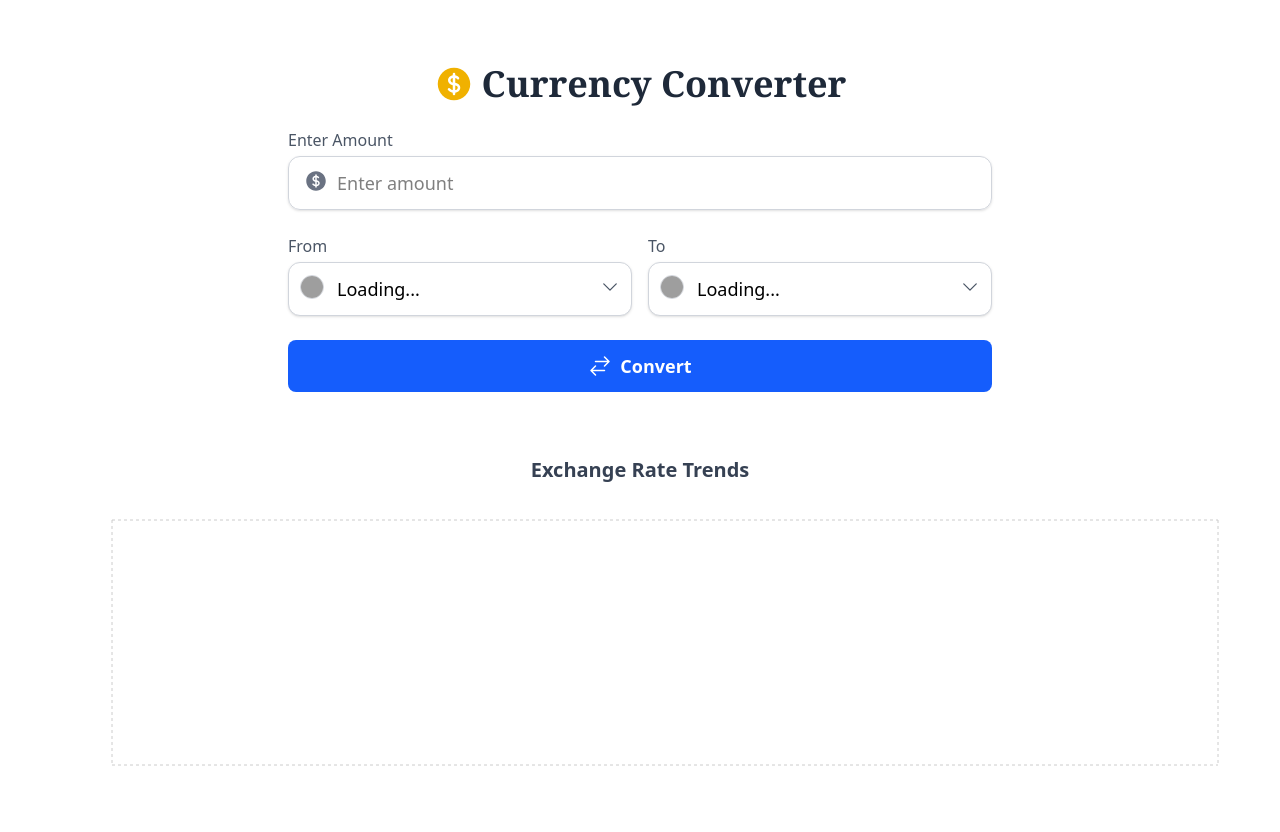
Repository: adrcstro/withcenter_developer_exam
Page: /
The author's editor kept a copy of each file at every save. The page is drawn from the files as they stood at one save, then again after the next save.
The browser window is 1280 px wide. The pictures show the whole page.
Pictures or frames that could not be fetched are drawn as grey boxes. The page's requests for data from a server got no answer. The project was rebuilt for these pictures with package versions that can differ from the ones it lists, and the page was loaded fresh each time. No one was signed in, and anything a server would have sent is missing. Also part of the build but not shown: vite.config.ts.

Above is the page before, as saved 2025-03-18 14:41:47.

After the next save:
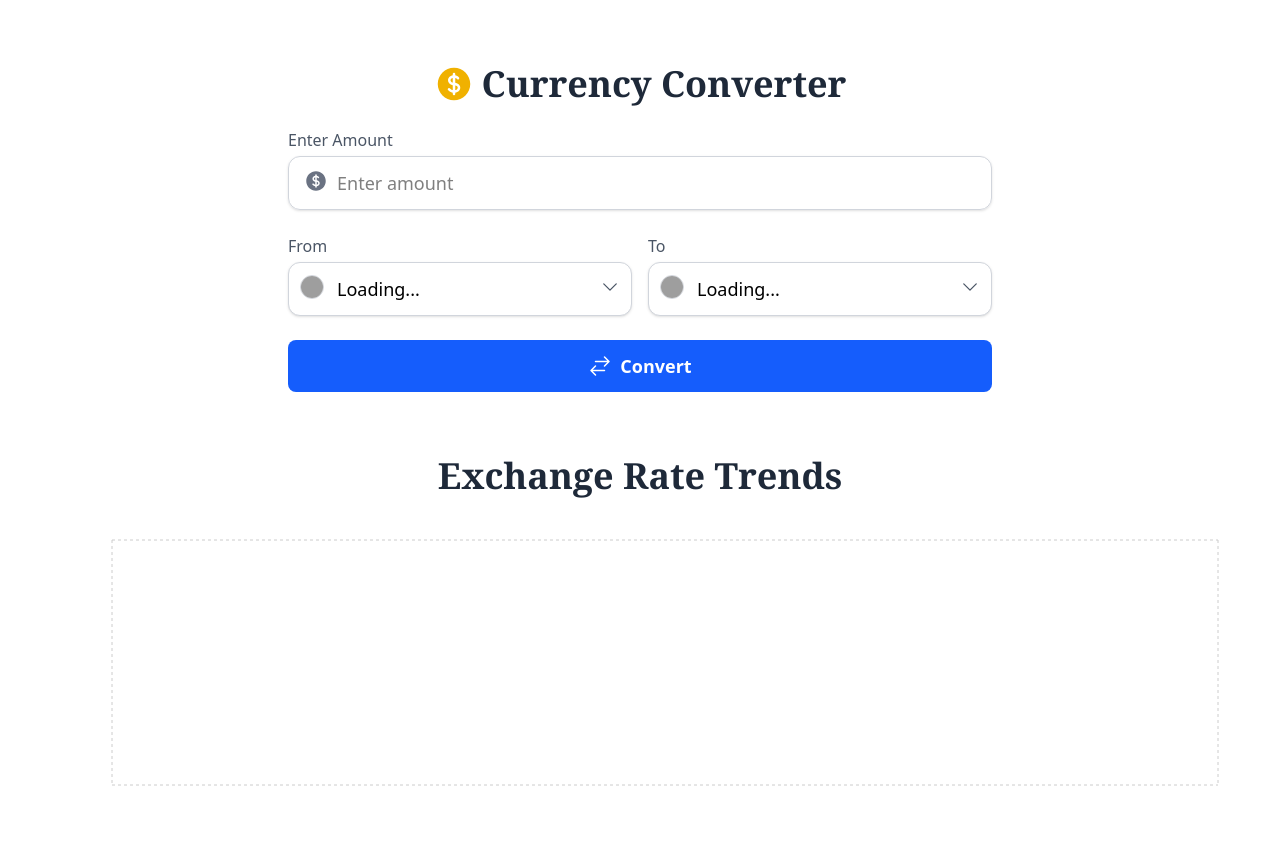
Saved 44 s later.
--- a/src/App.tsx
+++ b/src/App.tsx
@@ -162,7 +162,7 @@ function CurrencyConverter() {
 
       {/* Chart Section */}
       <div className="w-full max-w-7xl mt-8">
-        <h2 className="text-xl font-semibold text-gray-700 text-center mb-4">Exchange Rate Trends</h2>
+        <h2 className="text-4xl font-serif font-semibold text-gray-800 text-center mb-6 flex items-center justify-center gap-2">Exchange Rate Trends</h2>
         <ResponsiveContainer width="100%" height={300}>
           <AreaChart data={chartData} margin={{ top: 20, right: 30, left: 20, bottom: 5 }}>
             <CartesianGrid strokeDasharray="3 3" />
